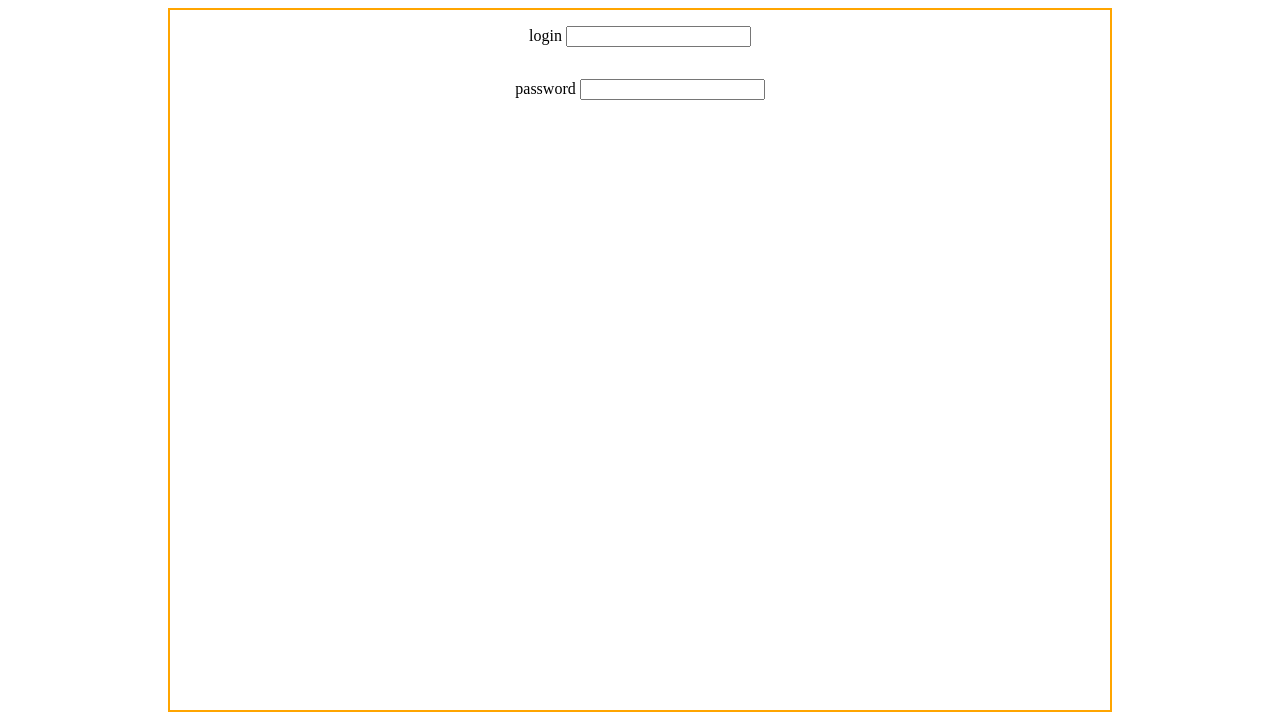
Repository: AndreyMykulych/javascript
Page: 11/index.html
The author's editor kept a copy of each file at every save. The page is drawn from the files as they stood at one save, then again after the next save.
The browser window is 1280 px wide. The pictures show the whole page.

Above is the page before, as saved 2023-04-27 22:20:32.

After the next save:
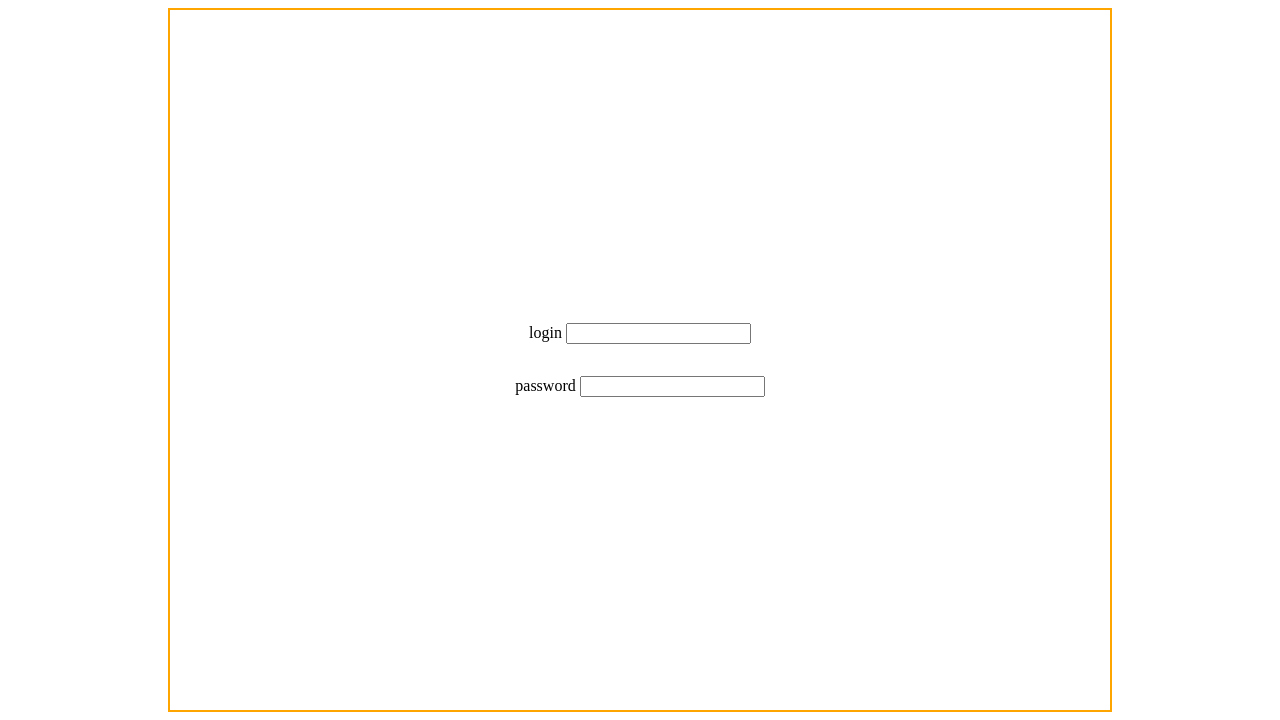
Saved 39 s later.
--- a/11/index.html
+++ b/11/index.html
@@ -11,7 +11,7 @@
      .auth{
          display: flex;
          flex-direction: column;
-         align-content: center;
+         justify-content: center;
         width: 58.75rem;
         height: 43.75rem;
         margin: 0 auto;
